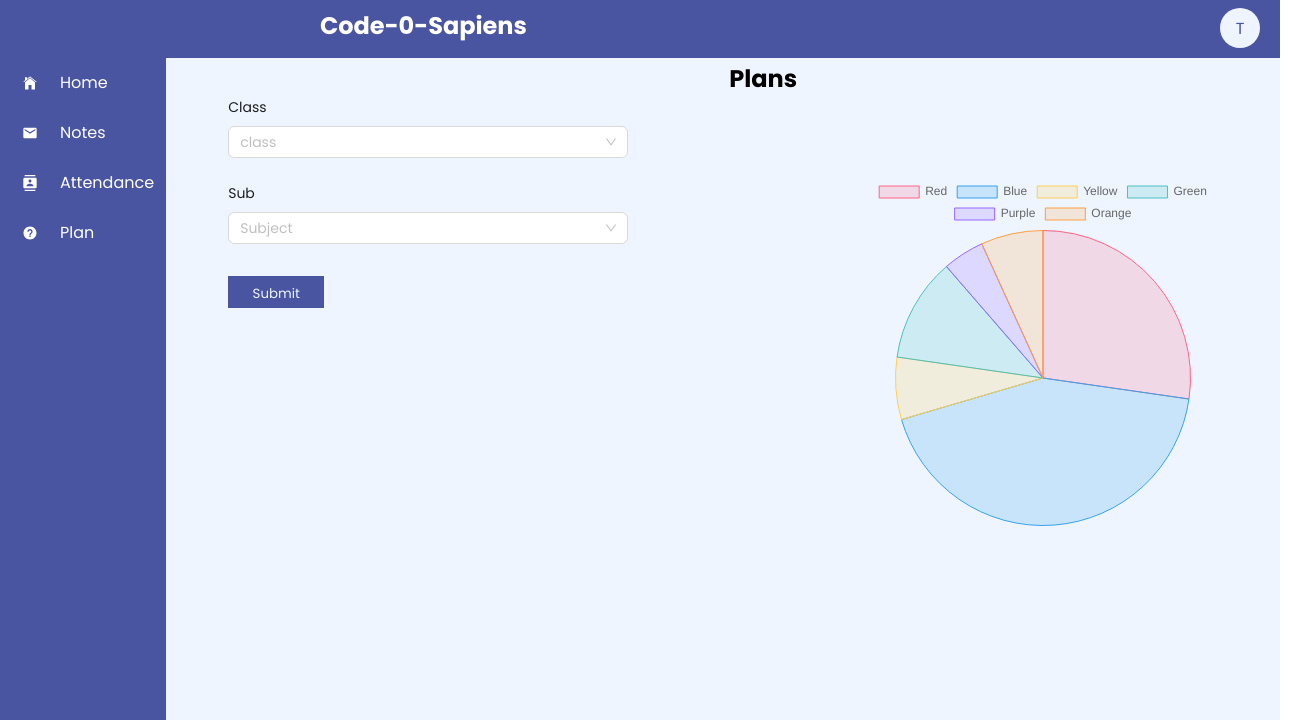
Repository: sinchana-P/code-0-sapiens
Page: /plans (app in client/)
An editor plug-in stored every save of this project. The page is shown before and after the next save, followed by the edit.
The browser window is 1280 px wide. The page is 1280 px wide, then 1290 px, then 1280 px, so the pictures cover 1290 px, including what lies to the right of the window. The pictures show the whole page.
The project was rebuilt for these pictures with package versions that can differ from the ones it lists, and the page was loaded fresh each time. Also part of the build but not shown: client/src/components/auth/login/FormLayoutLogin.jsx, client/src/components/auth/login/Login.jsx, client/src/components/auth/register/FormLayoutRegister.jsx, client/src/components/auth/register/Register.jsx, client/src/components/homeScene/Home.jsx, client/src/components/notes/Notes.jsx, client/src/components/attendance/Attendance.jsx, client/src/components/profile/Profile.jsx and 5 more.

Above is the page before, as saved 2024-03-01 07:43:49.

After the next save:
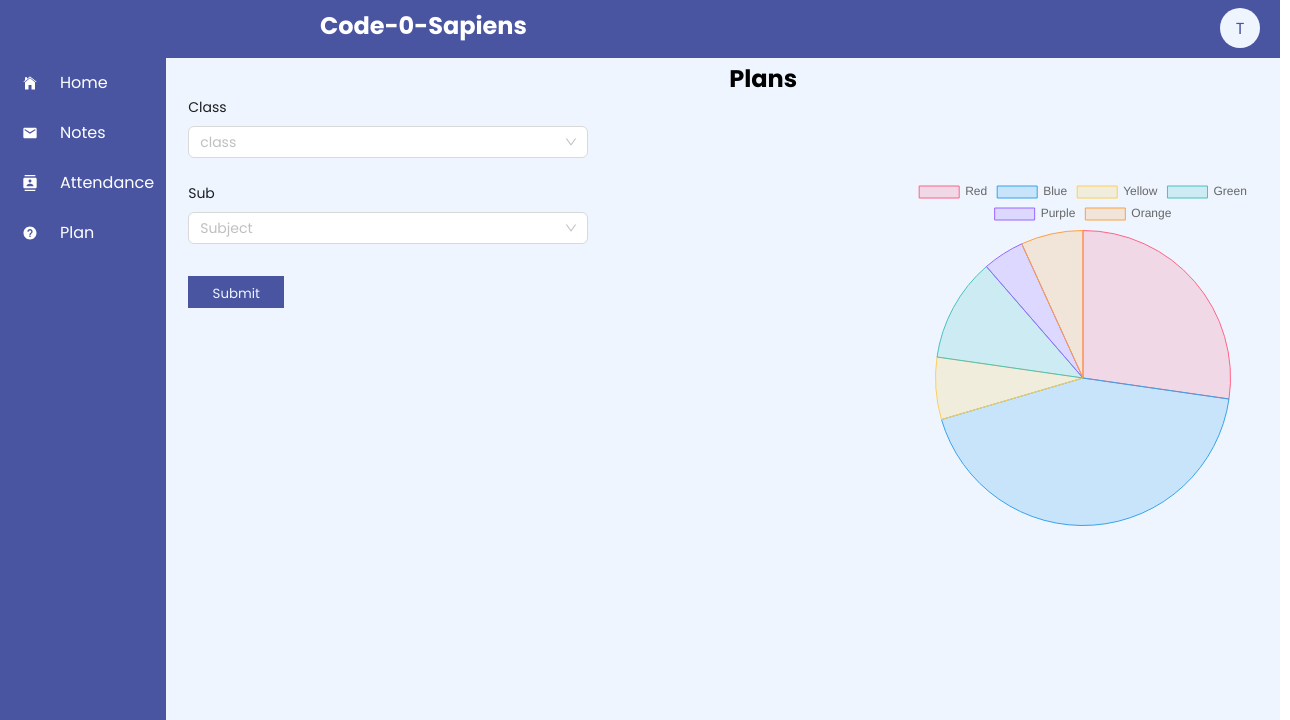
Saved 16 s later.
--- a/client/src/components/plans/Plans.css
+++ b/client/src/components/plans/Plans.css
@@ -26,7 +26,7 @@
 .plans-container-left {
     display: flex;
     flex-direction: column;
-    width: 40rem;
+    width: 45rem;
     /* background-color: green; */
 }
 .plans-container-right {

After the save that followed:
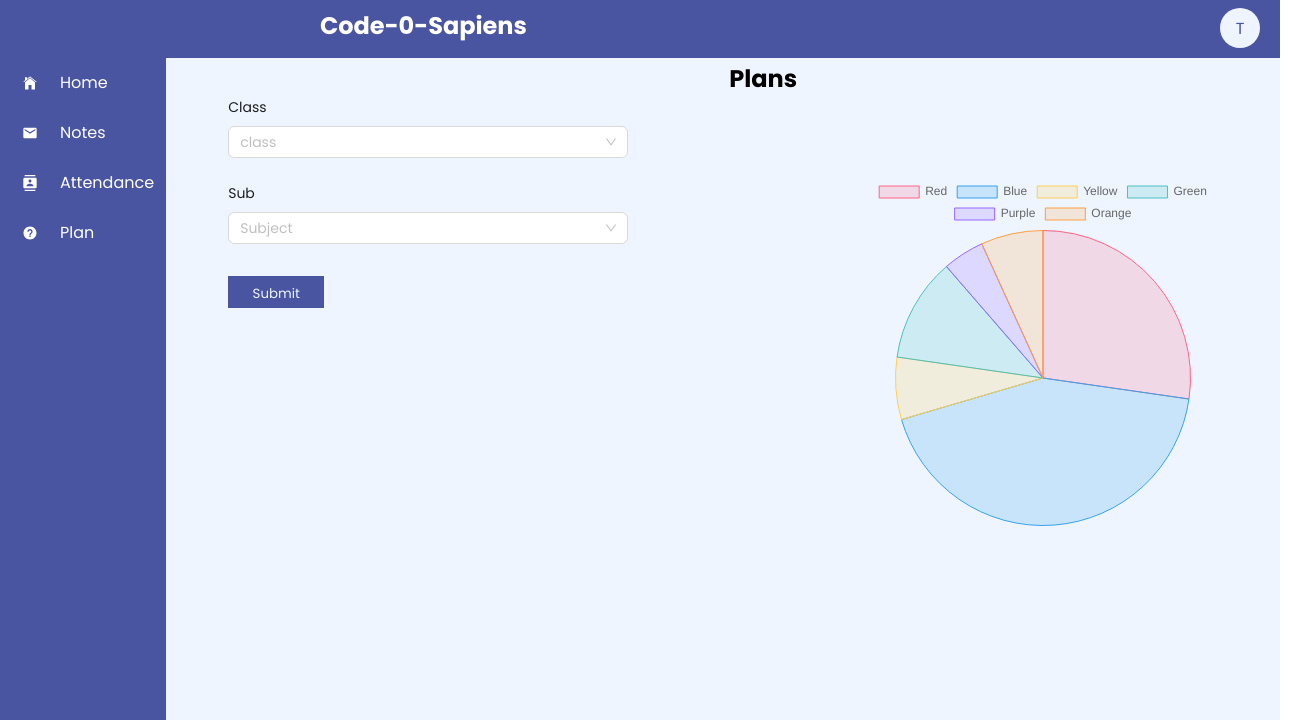
Saved 9 s later.
--- a/client/src/components/plans/Plans.css
+++ b/client/src/components/plans/Plans.css
@@ -26,7 +26,7 @@
 .plans-container-left {
     display: flex;
     flex-direction: column;
-    width: 45rem;
+    width: 40rem;
     /* background-color: green; */
 }
 .plans-container-right {
